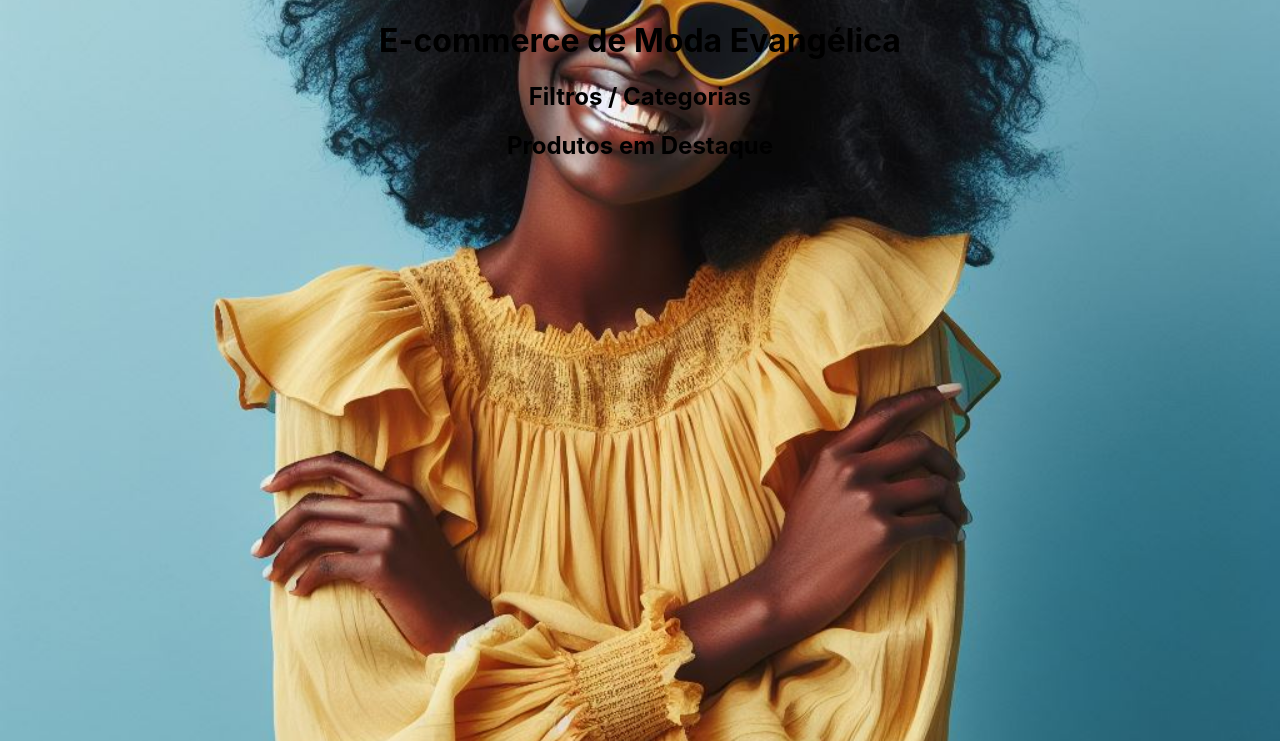
Repository: Mixchelle/ecommerce-moda-evangelica
Page: /
The author's editor kept a copy of each file at every save. The page is drawn from the files as they stood at one save, then again after the next save.
The browser window is 1280 px wide. The pictures show the whole page.
The project was rebuilt for these pictures with package versions that can differ from the ones it lists, and the page was loaded fresh each time. Also part of the build but not shown: src/pages/Login.js, src/pages/LoginAdmin.jsx, src/pages/Admin.js, src/pages/Cart.js.

Above is the page before, as saved 2024-04-29 22:21:51.

After the next save:
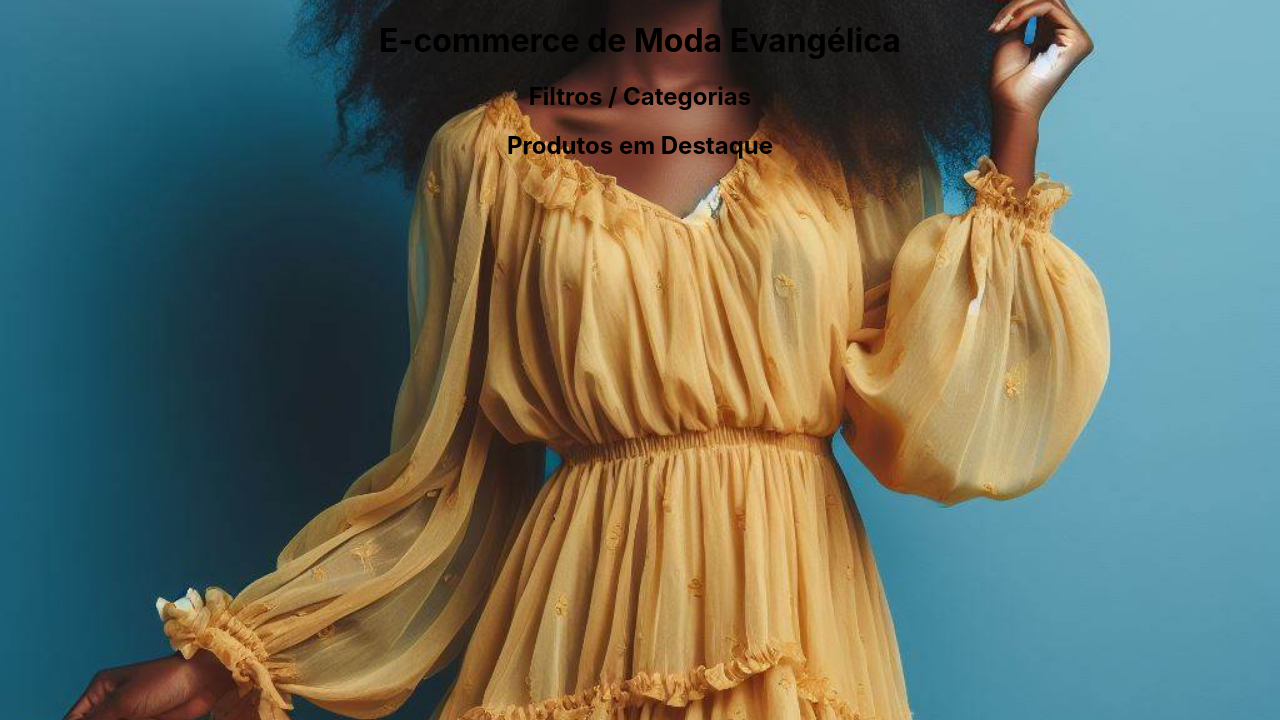
Saved 61 s later.
--- a/src/style/Login.css
+++ b/src/style/Login.css
@@ -1,15 +1,15 @@
 body {
-  background-image: url('../assets/OIG2\ \(3\).jpeg');
+  background-image: url('../assets/OIG2.3KeraQGUKquJ4o.jpeg');
   background-size: cover;
   background-repeat: no-repeat;
   background-position: center;
-  height: 100vh;
+  height: 78vh;
   margin: 0;
   padding: 0;
 }
 
 .login-container {
-  margin-top: 25%;
+  margin-top: 15%;
   margin-bottom: auto;
   margin-left: auto;
   margin-right: auto;
@@ -17,7 +17,7 @@ body {
   width: 80%;
   justify-content: center;
   align-items: center;
-  background-color: rgba(0, 0, 0, 0.7);
+  background-color: rgba(0, 0, 0, 0.9);
   border-radius: 10px;
   box-shadow: 0 0 20px rgba(0, 0, 0, 0.1);
 }
